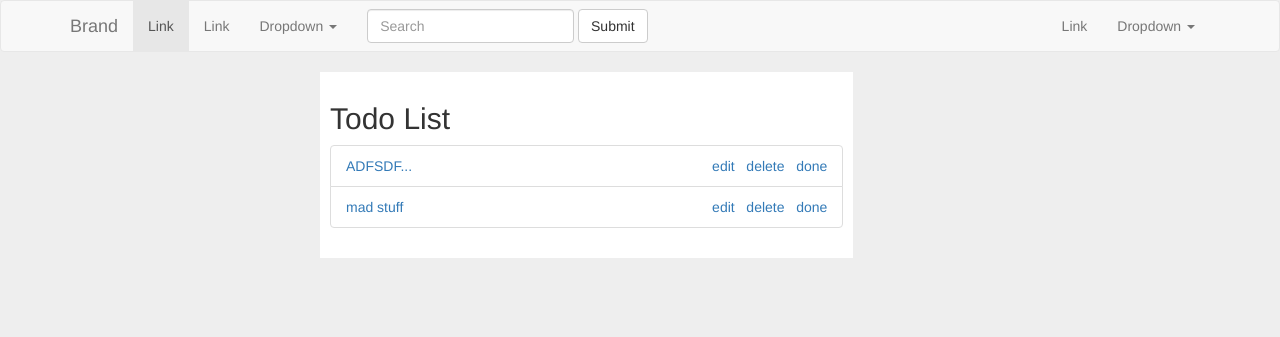
Repository: neoighodaro-articles/migrating-to-laravel
Page: http://localhost/pages/home.php
An editor plug-in stored every save of this project. The page is shown before and after the next save, followed by the edit.
The browser window is 1280 px wide. The pictures show the whole page.
The page is run by PHP 8.4 with error messages shown; the project is at /var/www/html/. The database holds what the project's SQL file puts in it.

Above is the page before, as saved 2018-06-12 20:14:03.

After the next save:
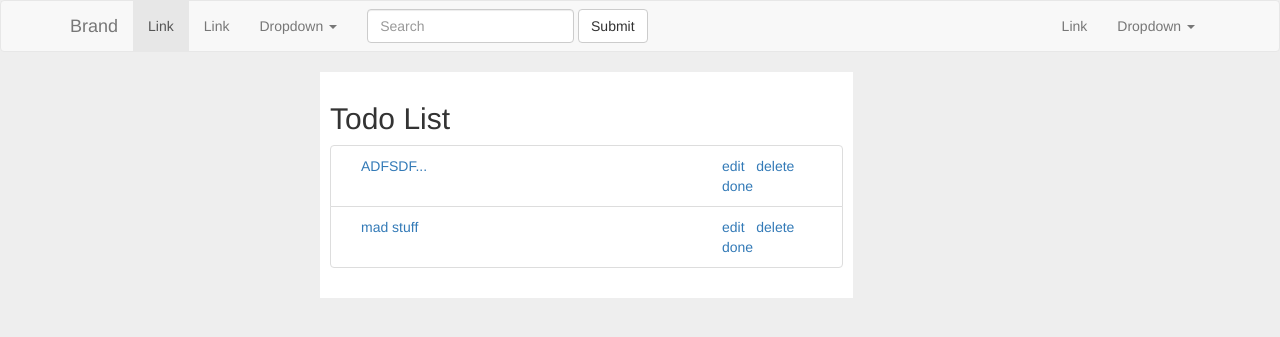
Saved 27 s later.
--- a/vanilla/pages/home.php
+++ b/vanilla/pages/home.php
@@ -82,10 +82,10 @@
 
      <?php while($fetch = $query->fetch()): ?>
       <li class="list-group-item">
-        <div class="pull-left">
+        <div class="col-md-9">
           <a href="#"><?php echo $fetch['title'] ?></a>
         </div>
-        <div class="pull-right">
+        <div class="col-md-3">
           <a href="#">edit</a> &nbsp;
           <a href="#">delete</a> &nbsp;
           <a href="#">done</a>
